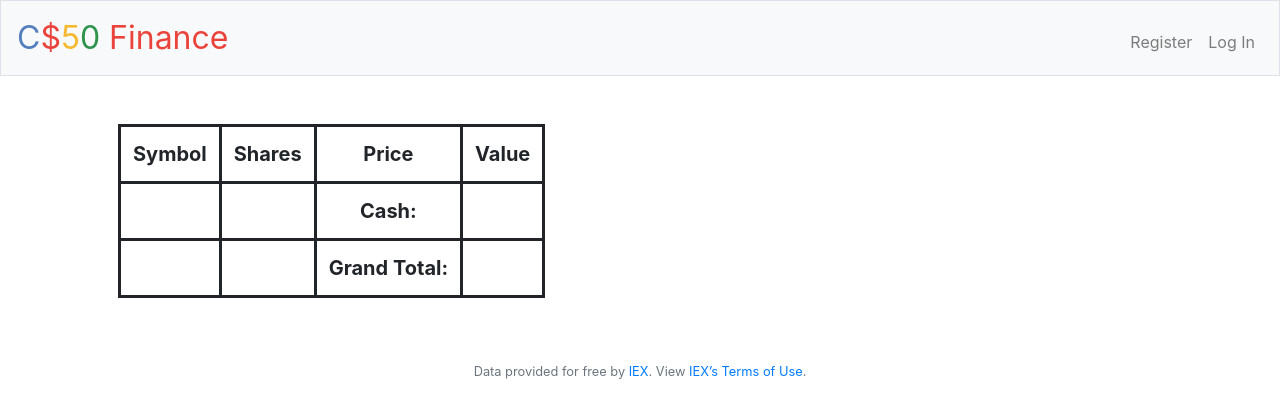
Repository: Mackeyrw/gitTest-CS50
Page: pset8/finance/templates/index.html
The author's editor kept a record of every edit. The page is drawn from the files as they stood at one moment, then again after the next edit.
The browser window is 1280 px wide. The pictures show the whole page.
The template is drawn by Flask 3. The application's start-up code is not run. The template is opened directly, without the code that normally fills it, so the values that code supplies are empty.

Above is the page before.

After the next edit:
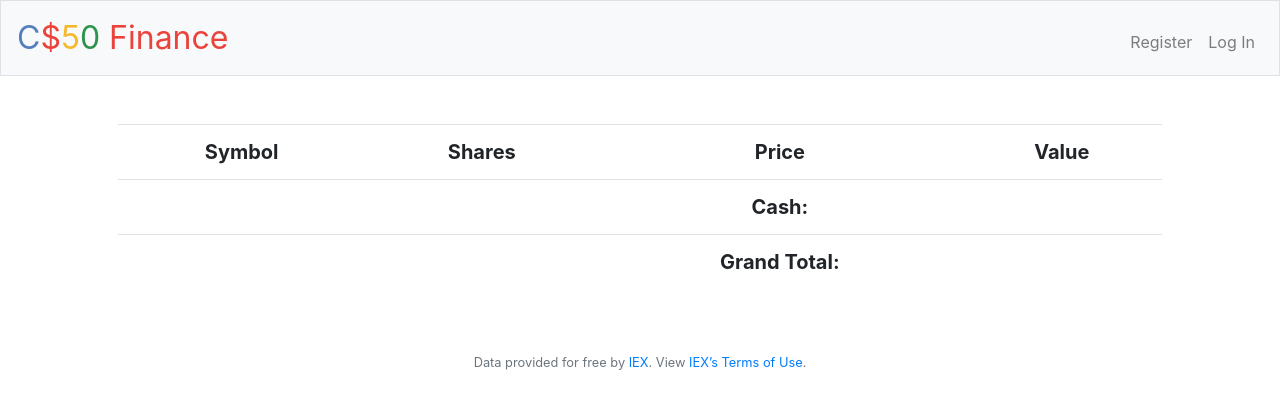
The edit:
--- a/pset8/finance/templates/index.html
+++ b/pset8/finance/templates/index.html
@@ -5,8 +5,8 @@
 {% endblock %}
 
 {% block main %}
-    <div class=table>
-        <table>
+
+        <table class=table>
             <tr class=header>
                 <td>Symbol</td><td>Shares</td><td>Price</td><td>Value</td>
             </tr>
